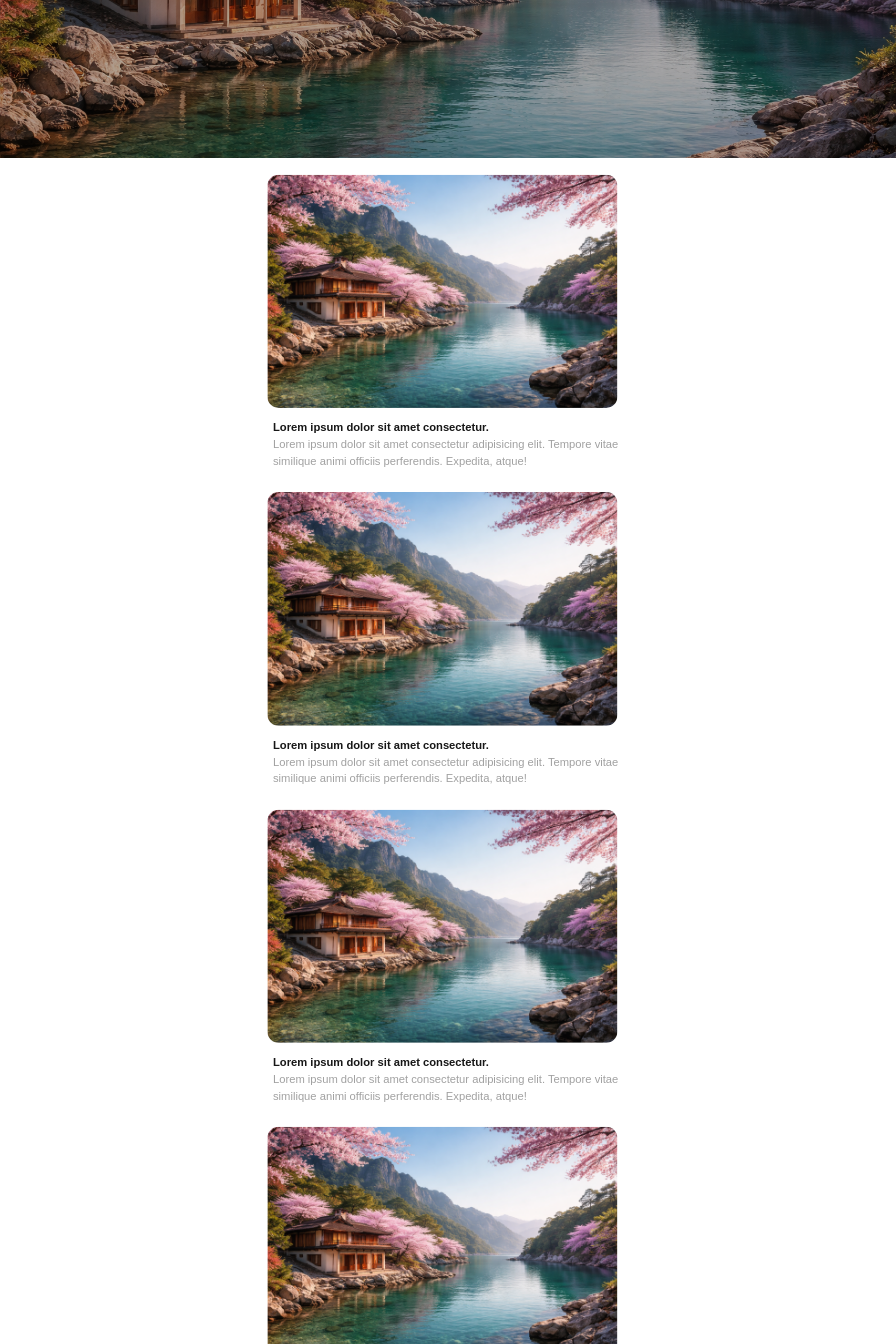
Repository: pedroantoniosi/tripicon-site
Page: /home
The author's editor kept a copy of each file at every save. The page is drawn from the files as they stood at one save, then again after the next save.
The browser window is 1280 px wide. The pictures show the part of the page from y = 494 to 2414 px (the page is 3464 px tall before and 2104 px after), at 70% of full size.
The project was rebuilt for these pictures with package versions that can differ from the ones it lists, and the page was loaded fresh each time. The framework's server and built-in components were replaced by stand-ins that run in the browser. Also part of the build but not shown: next.config.ts.

Above is the page before, as saved 2026-04-01 21:08:37.

### src/app/layout.tsx
import type { Metadata } from "next";
import { Geist, Geist_Mono } from "next/font/google";
import "./globals.css";

const geistSans = Geist({
  variable: "--font-geist-sans",
  subsets: ["latin"],
});

const geistMono = Geist_Mono({
  variable: "--font-geist-mono",
  subsets: ["latin"],
});

export const metadata: Metadata = {
  title: "Create Next App",
  description: "Generated by create next app",
};

export default function RootLayout({
  children,
}: Readonly<{
  children: React.ReactNode;
}>) {
  return (
    <html
      lang="en"
      className={`${geistSans.variable} ${geistMono.variable} h-full antialiased`}
    >
      <body className="min-h-full flex flex-col">{children}</body>
    </html>
  );
}

### src/app/home/page.tsx
"use client";
import styles from "./page.module.css";
import Searchbar from "@/components/searchbar/searchbar";
import Container from "@/components/Container/Container";
import Image from "next/image";
// import Slider from "@/components/Slider/Slider";

// const trips = [
//   { title: "", image: "/images/banner.png" },
//   { title: "", image: "/images/banner.png" },
//   { title: "", image: "/images/banner.png" },
// ];

// const reviews = [
//   {
//     name: "Mariana Souza",
//     text: "Viajar para Kyoto sempre foi um sonho, mas eu não fazia ideia de por onde começar. A plataforma montou tudo pra mim e a experiência foi simplesmente perfeita.",
//     stars: 5,
//   },
//   {
//     name: "Lucas Ferreira",
//     text: "Fiquei impressionado com a organização. Desde Tokyo até Osaka, tudo foi muito bem planejado. Zero dor de cabeça.",
//     stars: 5,
//   },
//   {
//     name: "Camila Ribeiro",
//     text: "Eu queria uma viagem mais cultural e menos turística, e eles acertaram exatamente no que eu buscava. Kyoto foi o ponto alto da viagem.",
//     stars: 5,
//   },
//   {
//     name: "Rafael Martins",
//     text: "Foi minha primeira viagem internacional e eu estava inseguro. O suporte foi excelente do começo ao fim, principalmente durante a estadia em Tokyo.",
//     stars: 5,
//   },
//   {
//     name: "Juliana Costa",
//     text: "Consegui montar um roteiro completo em poucos minutos. A experiência no Monte Fuji foi inesquecível. Recomendo muito.",
//     stars: 5,
//   },
// ];

export default function Home() {
  return (
    <>
      {/* Sessão Inicial  Principal */}
      <section className={styles.heroContainer}>
        <div className={`${styles.heroCaption} col gap-2`}>
          <h1 className="text-4xl  text-center">
            {" "}
            Viaje com propósito. Explore com liberdade
          </h1>
          <p className="text-md lg:text-2xl text-center m-[12]">
            Experiências únicas, roteiros inteligentes e viagens planejadas nos
            mínimos detalhes.
          </p>
          <Searchbar />
        </div>
      </section>

      {/* Sessão de Novidades */}
      <Container>
        <section
          className={`${styles.featuresContainer} grid grid-cols-2 md:grid-cols-1 p-2 gap-2 lg:p-6 lg:gap-6`}
        >
          {Array.from({ length: 6 }).map((_, index) => (
            <div
              key={index}
              className={`${styles.card} flex md:flex-col gap-2 `}
            >
              <Image
                className=" lg:max-w-[unset] rounded-2xl"
                src="/images/banner.png"
                alt="Banner"
                width={500}
                height={300}
              />
              <div className={`${styles.caption} md:content-end p-2`}>
                <h2 className="font-bold font">
                  Lorem ipsum dolor sit amet consectetur.
                </h2>
                <p className={`${styles.text} text-neutral-400 max-w-[500px]`}>
                  Lorem ipsum dolor sit amet consectetur adipisicing elit.
                  Tempore vitae similique animi officiis perferendis. Expedita,
                  atque!
                </p>
              </div>
            </div>
          ))}
        </section>

        {/* Sessão de planos de viagens */}
        {/* <section className="p-2 lg:p-8">
          <h2 className="font-bold text-3xl py-2">Conheça Nossas Viagens</h2>
          <div>
            <Slider
              data={trips}
              slidesPerView={{
                mobile: 1,
                tablet: 2,
                desktop: 3,
              }}
              autoplay
              loop
              renderItem={(item) => (
                <div className="rounded-xl overflow-hidden shadow">
                  <img
                    src={item.image}
                    alt={item.title}
                    className="w-full h-[400px] object-cover"
                  />
                  <h2 className="p-4 font-bold">{item.title}</h2>
                </div>
              )}
            />
          </div>
        </section> */}

        {/* Sessão de planos de viagens */}
        {/* <section className="p-2 lg:p-8">
          <h2 className="font-bold text-3xl py-2">Escolha sua nova aventura</h2>
          <div>
            <Slider
              data={trips}
              slidesPerView={{
                mobile: 1,
                tablet: 2,
                desktop: 3,
              }}
              autoplay
              loop
              renderItem={(item) => (
                <div className="rounded-xl overflow-hidden shadow">
                  <img
                    src={item.image}
                    alt={item.title}
                    className="w-full h-[400px] object-cover"
                  />
                  <h2 className="p-4 font-bold">{item.title}</h2>
                </div>
              )}
            />
          </div>
        </section> */}

        {/* Sessão de planos de viagens */}
        {/* <div className="p-2 lg:p-8">
          <div className="flex flex-wrap gap-2">
            <Slider
              data={reviews}
              slidesPerView={{
                mobile: 1.2,
                tablet: 2,
                desktop: 3,
              }}
              autoplay
              loop
              renderItem={(item) => (
                <div className="rounded-xl overflow-hidden shadow flex flex-col gap-2 bg-stone-900  p-2 rounded-2xl">
                  <div className="flex gap-1">
                    {Array.from({ length: item.stars }).map((_, index) => (
                      <i
                        key={index}
                        className="bi bi-star-fill text-yellow-300"
                      ></i>
                    ))}
                  </div>
                  <h2 className="font-bold">{item.name}</h2>
                  <p>{item.text}</p>
                </div>
              )}
            />
          </div>
        </div> */}
      </Container>
    </>
  );
}

### src/app/globals.css
@import "tailwindcss";
@import "bootstrap-icons/font/bootstrap-icons.css";


:root {
  --background: #ffffff;
  --foreground: #171717;
  --primaryColor: #
}

@media (prefers-color-scheme: dark) {
  :root {
    --background: #0a0a0a;
    --foreground: #ededed;
  }
}

body {
  background: var(--background);
  color: var(--foreground);
  font-family: Arial, Helvetica, sans-serif;
}

### src/app/home/page.module.css
.heroContainer {
    padding: 1rem;
    position: relative;
    display: grid;
    place-items: center;
    z-index: 1;
    min-height: 70svh;

    &::after {
        content: ' ';
        position: absolute;
        width: 100%;
        height: 100%;
        left: 0;
        bottom: 0;
        background-image: url('/images/banner.png');
        background-size: cover;
        z-index: -1;
        filter: brightness(70%);
    }

    & .heroTitle {
        max-width: 1024px;
        text-align: center;
    }
}


@media (min-width: 1024px) {
    .heroContainer {
        padding: 2rem;
        min-height: 100vh;
    }

    .heroContainer .heroTitle {
        max-width: 1200px;
    }
}

@media (max-width: 768px) {
    .featuresContainer {
        & .card {
            position: relative;

            & .caption {
                width: 100%;
                position: absolute;
                bottom: 0;
                z-index: 1;

                & .text {
                    display: none;
                }
            }
        }
    }

}

### src/components/searchbar/searchbar.tsx
export default function searchbar() {
  return (
    <>
      <div className="p-[.5rem] bg-white rounded-full flex justify-between m-auto max-w-[768px]">
        <input
          className="p-1 text-black outline-none border-none"
          type="text"
          placeholder="O que você está procuranpo?"
        />
        <button className="bg-orange-400 px-2 rounded-full">Pesquisar</button>
      </div>
    </>
  );
}

### src/components/Container/Container.tsx
import React from "react";

type ContainerProps = {
  children?: React.ReactNode;
};

export default function Container({ children }: ContainerProps) {
  return <div className="max-w-[1640px] m-auto">{children}</div>;
}

After the next save:
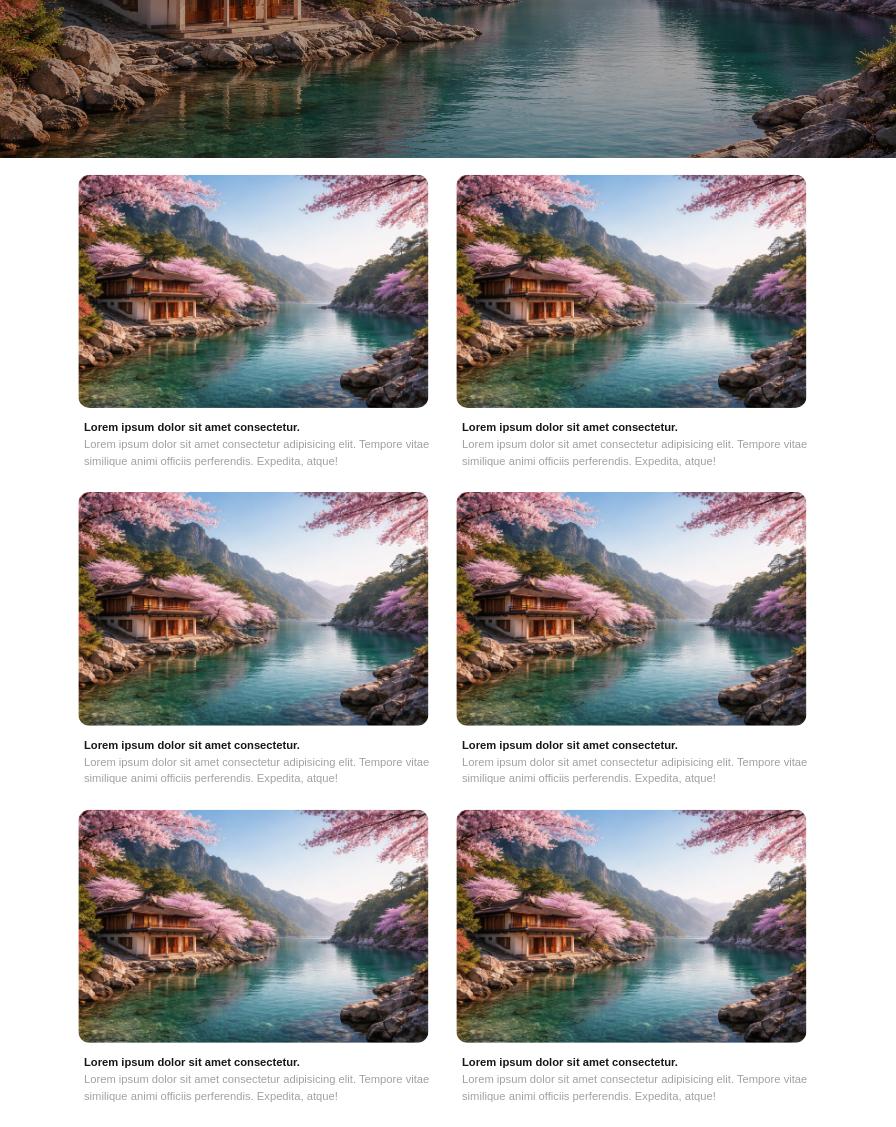
Saved 8 s later.
--- a/src/app/home/page.tsx
+++ b/src/app/home/page.tsx
@@ -60,7 +60,7 @@ export default function Home() {
       {/* Sessão de Novidades */}
       <Container>
         <section
-          className={`${styles.featuresContainer} grid grid-cols-2 md:grid-cols-1 p-2 gap-2 lg:p-6 lg:gap-6`}
+          className={`${styles.featuresContainer} grid grid-cols-2 md:grid-cols-2 p-2 gap-2 lg:p-6 lg:gap-6`}
         >
           {Array.from({ length: 6 }).map((_, index) => (
             <div
